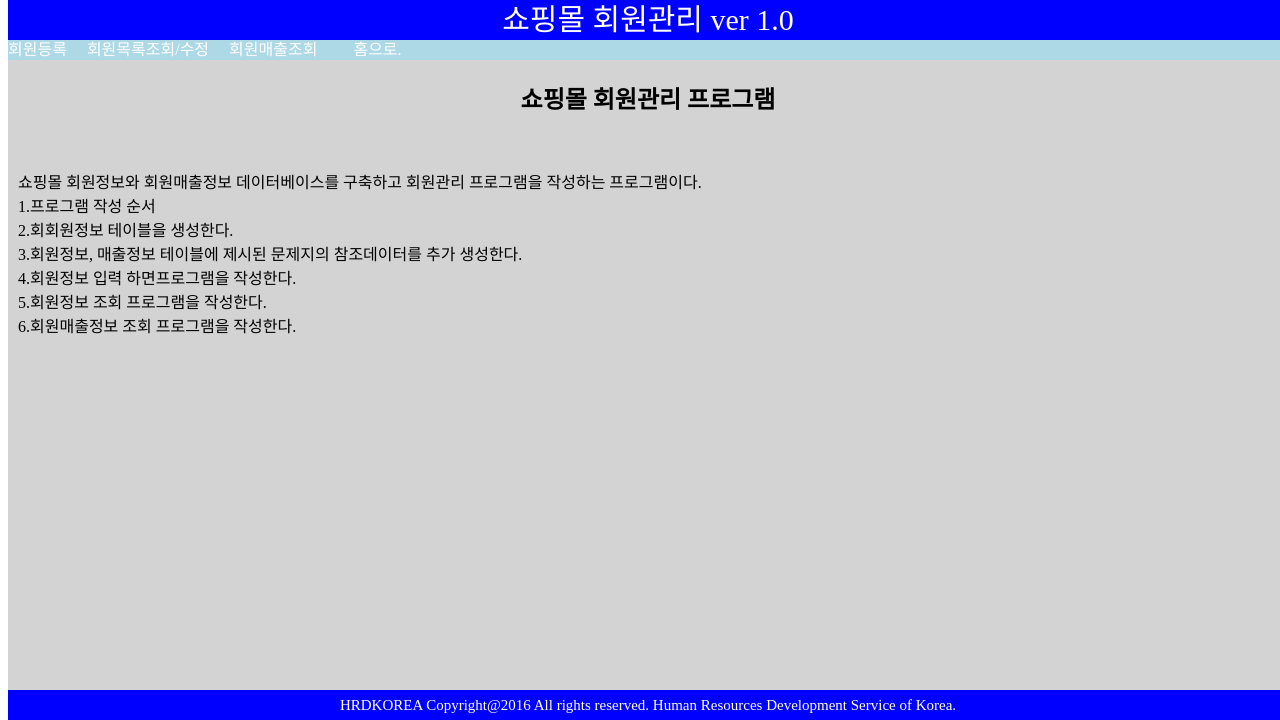
Repository: leesuyeon116/HRD_1
Page: http://localhost/HRD_0416/
The author's editor kept a copy of each file at every save. The page is drawn from the files as they stood at one save, then again after the next save.
The browser window is 1280 px wide. The pictures show the whole page.
The page is served by Tomcat 9. Other server files are loaded and not shown.

Above is the page before, as saved 2024-04-16 23:53:16.

### HRD_0416/src/main/webapp/index.jsp
<%@ page language="java" contentType="text/html; charset=UTF-8"
    pageEncoding="UTF-8"%>
<!DOCTYPE html>
<html>
<head>
<meta charset="UTF-8">
<title>index</title>
</head>
<body>
<header style="position: fixed; top: 0px; width: 100%; height: 40px; background-color: blue; color: white;
	text-align: center; line-height: 40px; font-size: 30px"> 쇼핑몰 회원관리 ver 1.0 </header>

<nav style="position: fixed; top: 40px; width: 100%; height: 20px; background-color: lightblue; color: white; line-height: 20px;">
	회원등록 &nbsp; &nbsp; 회원목록조회/수정 &nbsp; &nbsp; 회원매출조회 &nbsp; &nbsp; &nbsp; &nbsp; 홈으로.</nav>

<section style="position: fixed; top: 60px; width: 100%; height: 100%; background-color: lightgray">
	<h2 style="text-align: center;"><b>쇼핑몰 회원관리 프로그램</b></h2><br>
	<p style="padding-left: 10px">
	쇼핑몰 회원정보와 회원매출정보 데이터베이스를 구축하고 회원관리 프로그램을 작성하는 프로그램이다.<br>
	1.프로그램 작성 순서<br>
	2.회회원정보 테이블을 생성한다.<br>
	3.회원정보, 매출정보 테이블에 제시된 문제지의 참조데이터를 추가 생성한다.<br>
	4.회원정보 입력 하면프로그램을 작성한다.<br>
	5.회원정보 조회 프로그램을 작성한다.<br>
	6.회원매출정보 조회 프로그램을 작성한다.<br>
	</p>
</section>

<footer style="position: fixed; bottom: 0px; width: 100%; height: 30px; background-color: blue; color: white;
	text-align: center; line-height: 30px; font-size: 15px;">
	HRDKOREA Copyright@2016 All rights reserved. Human Resources Development Service of Korea.</footer>
</body>
</html>

After the next save:
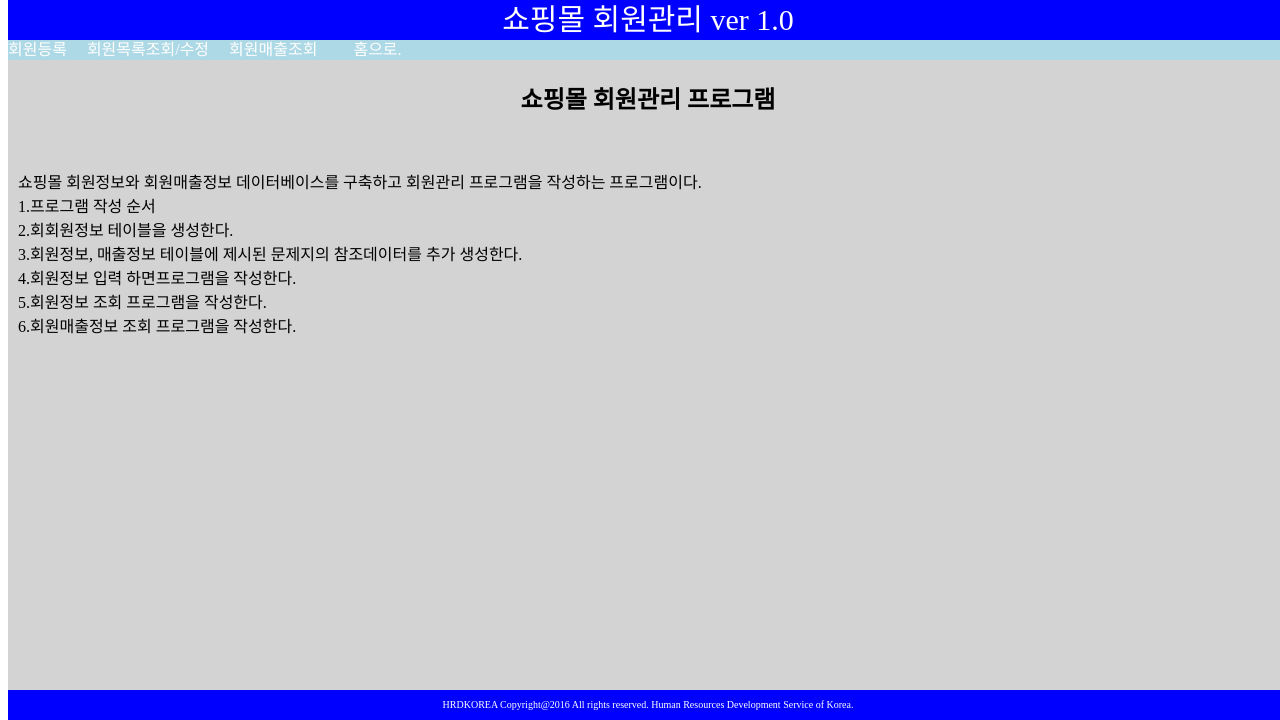
Saved 28 s later.
--- a/HRD_0416/src/main/webapp/index.jsp
+++ b/HRD_0416/src/main/webapp/index.jsp
@@ -27,7 +27,7 @@
 </section>
 
 <footer style="position: fixed; bottom: 0px; width: 100%; height: 30px; background-color: blue; color: white;
-	text-align: center; line-height: 30px; font-size: 15px;">
+	text-align: center; line-height: 30px; font-size: 10px;">
 	HRDKOREA Copyright@2016 All rights reserved. Human Resources Development Service of Korea.</footer>
 </body>
 </html>

After the save that followed:
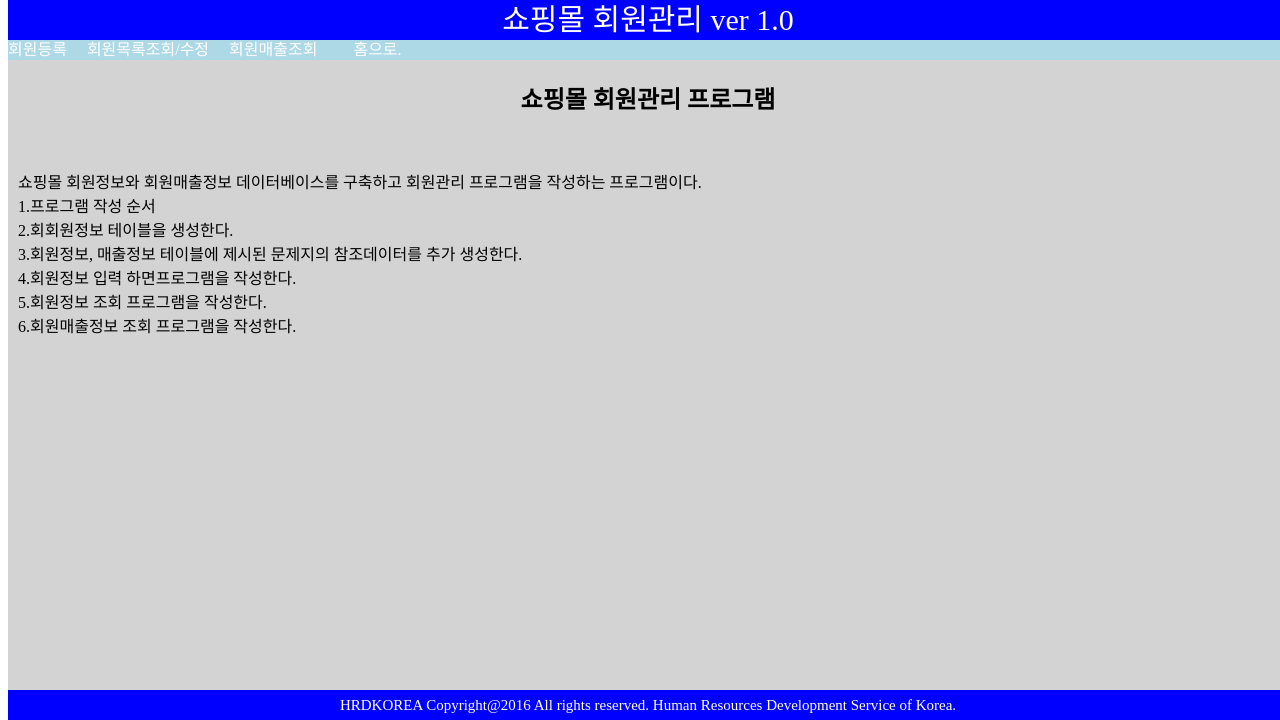
Saved 11 s later.
--- a/HRD_0416/src/main/webapp/index.jsp
+++ b/HRD_0416/src/main/webapp/index.jsp
@@ -27,7 +27,7 @@
 </section>
 
 <footer style="position: fixed; bottom: 0px; width: 100%; height: 30px; background-color: blue; color: white;
-	text-align: center; line-height: 30px; font-size: 10px;">
+	text-align: center; line-height: 30px; font-size: 15px;">
 	HRDKOREA Copyright@2016 All rights reserved. Human Resources Development Service of Korea.</footer>
 </body>
 </html>
